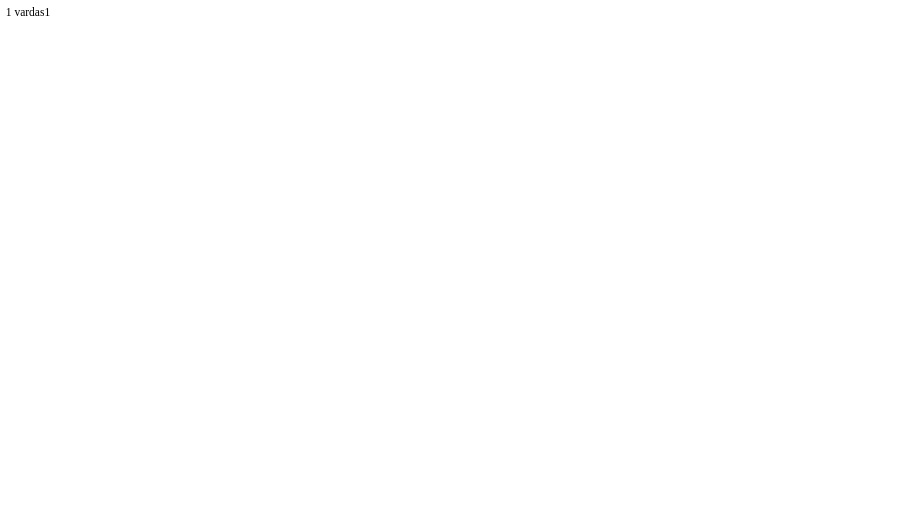
Repository: motiejus1/10-paskaita-JS
Page: index.html
The author's editor kept a copy of each file at every save. The page is drawn from the files as they stood at one save, then again after a run of saves.
The browser window is 1280 px wide. The pictures show the whole page, at 72% of full size.

Above is the page before, as saved 2021-06-22 10:42:13.
Console error: ReferenceError: objektuMasyvas is not defined

After the next 2 saves:
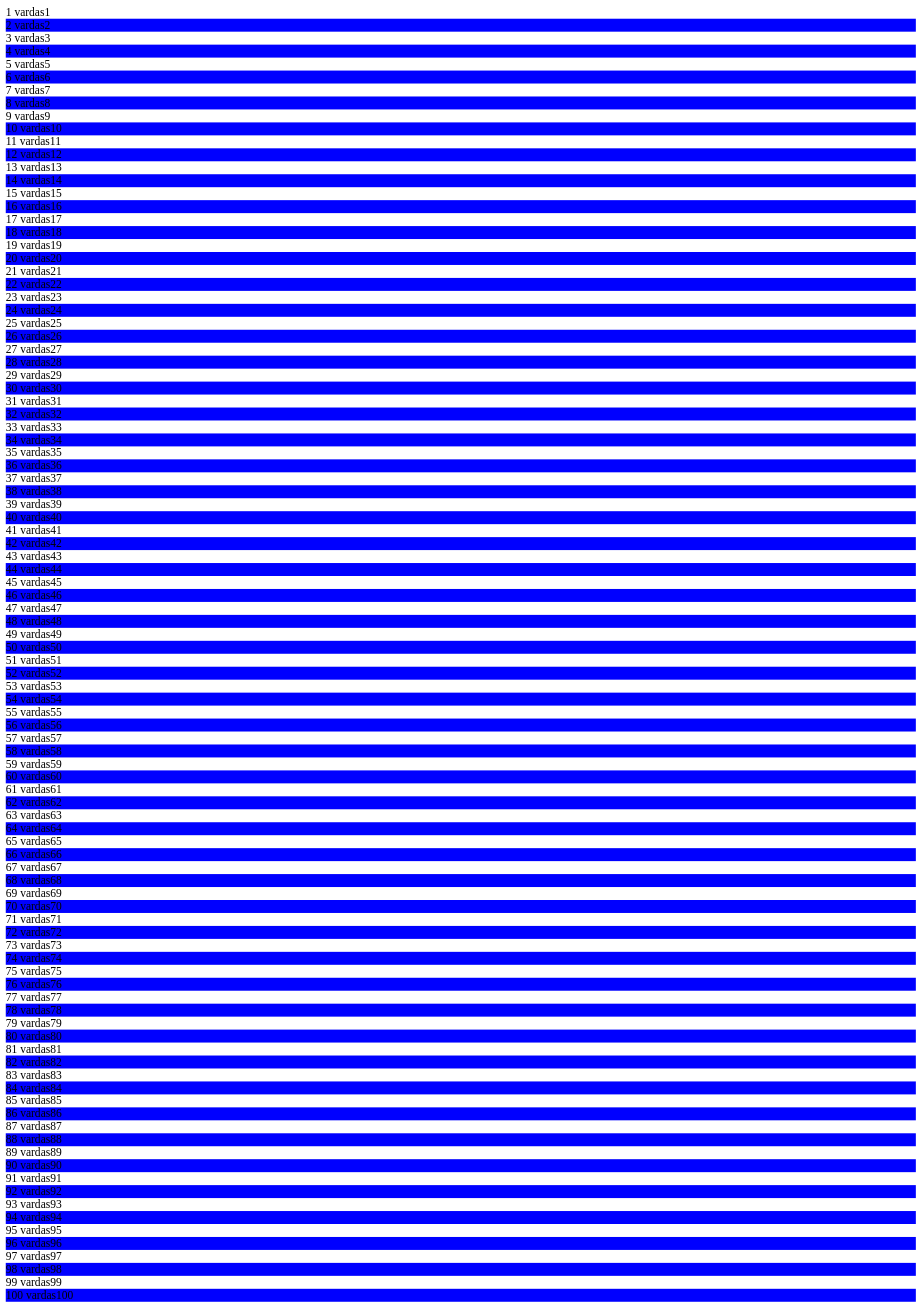
The error is gone.
The 2 saves are shown as one change because they came seconds apart.
The last was saved 45 s later.
--- a/script.js
+++ b/script.js
@@ -23,13 +23,6 @@ for (let i=0; i<100; i++) {
     div.innerHTML = objektas.id + " " + objektas.vardas;
     document.querySelector(".container").appendChild(div);
 
-
-
-    let raktai =  Object.keys(objektuMasyvas[i]);
-    divas.innerText = "{ "+ raktai[0] +": " + objektuMasyvas[i].id + ','+raktai[1]+': ' + objektuMasyvas[i].vardas + "}";
-
-
-
     console.log(Object.keys(objektas));
 }
 
